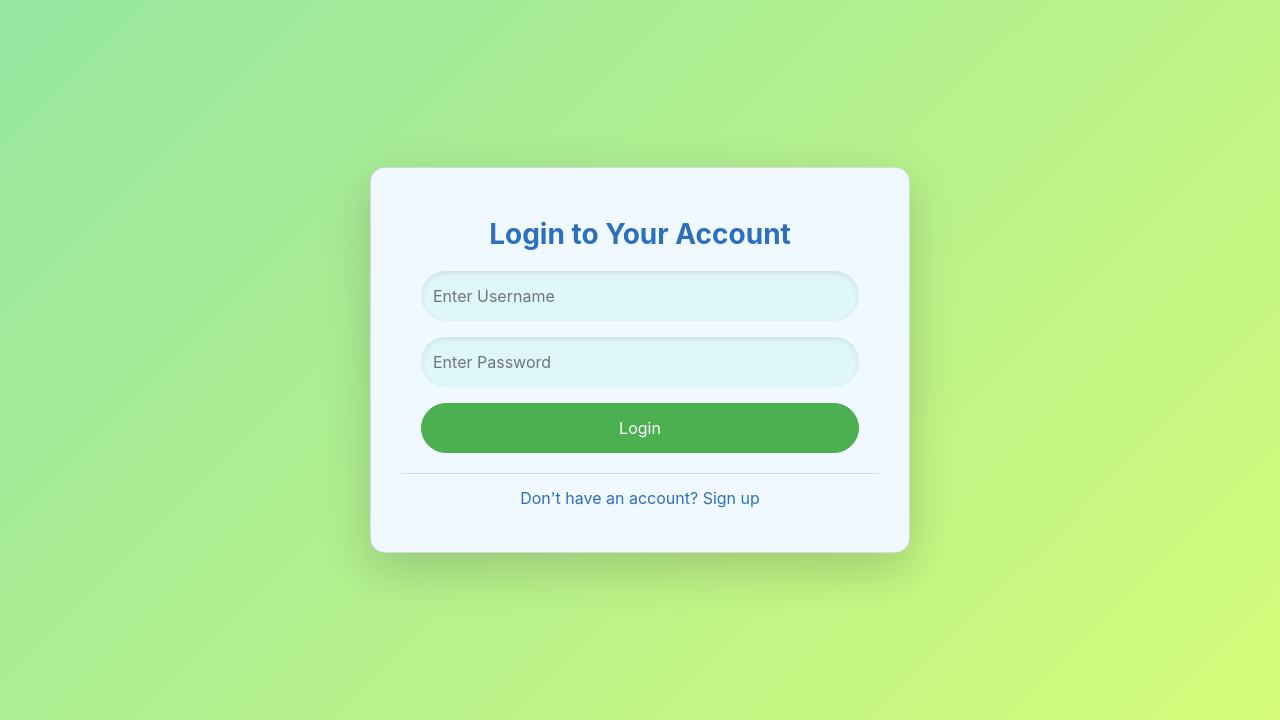
Repository: Dineshbabu290904/DigiMart
Page: http://localhost/DigiMart/login.jsp
The author's editor kept a copy of each file at every save. The page is drawn from the files as they stood at one save, then again after the next save.
The browser window is 1280 px wide. The pictures show the whole page.
Some web libraries are served in a nearby version. The page is served by Tomcat 9. Other server files are loaded and not shown.

Above is the page before, as saved 2024-10-16 15:09:53.

### DigiMart/src/main/webapp/login.jsp
<!DOCTYPE html>
<html lang="en">
<head>
    <meta charset="UTF-8">
    <meta name="viewport" content="width=device-width, initial-scale=1.0">
    <title>Login</title>
    <!-- Bootstrap CSS CDN -->
    <link href="https://stackpath.bootstrapcdn.com/bootstrap/4.5.2/css/bootstrap.min.css" rel="stylesheet">
    <!-- Custom CSS for light green and blue styling -->
    <style>
        body {
            background: linear-gradient(135deg, #96e6a1 0%, #d4fc79 100%); /* Light green gradient */
            display: flex;
            align-items: center;
            justify-content: center;
            min-height: 100vh;
        }
        .login-card {
            border-radius: 15px;
            background: #f0f9ff; /* Light blue background for form */
            padding: 30px;
            box-shadow: 0 12px 30px rgba(0, 0, 0, 0.15); /* Soft shadow */
            transition: transform 0.3s ease;
        }
        .login-card:hover {
            transform: translateY(-5px); /* Subtle hover lift */
        }
        .login-card h3 {
            font-weight: bold;
            margin-bottom: 20px;
            color: #2c6fbb; /* Cool blue for headings */
        }
        .login-card .form-control {
            border-radius: 25px; /* Rounded input fields */
            height: 50px;
            background-color: #e0f7fa; /* Light cyan background for inputs */
            border: none;
            box-shadow: inset 0 2px 5px rgba(0, 0, 0, 0.1);
        }
        .form-control:focus {
            background-color: #b2ebf2; /* Darker cyan on focus */
            border-color: #0097a7;
            outline: none;
            box-shadow: 0 0 10px rgba(0, 151, 167, 0.5); /* Blue glow on focus */
        }
        .btn-custom {
            border-radius: 25px;
            padding: 12px 25px;
            background-color: #4caf50; /* Light green button */
            border-color: #4caf50;
            color: white;
            transition: background-color 0.3s ease, transform 0.3s ease;
        }
        .btn-custom:hover {
            background-color: #388e3c; /* Darker green hover */
            transform: translateY(-3px);
        }
        .card-footer {
            background-color: transparent;
        }
        .card-footer a {
            color: #2c6fbb; /* Match heading color */
            text-decoration: none;
        }
        .card-footer a:hover {
            color: #0056b3;
            text-decoration: underline;
        }
    </style>
</head>
<body>

    <div class="container">
        <div class="row justify-content-center">
            <div class="col-md-6">
                <!-- Login Form Card -->
                <div class="login-card card shadow-lg">
                    <div class="card-body">
                        <h3 class="text-center">Login to Your Account</h3>
                        <form action="login" method="post">
                            <div class="form-group">
                                <input type="text" class="form-control" id="username" name="username" placeholder="Enter Username" required>
                            </div>
                            <div class="form-group">
                                <input type="password" class="form-control" id="password" name="password" placeholder="Enter Password" required>
                            </div>
                            <button type="submit" class="btn btn-custom btn-block">Login</button>
                        </form>
                    </div>
                    <div class="card-footer text-center">
                        <a href="signup.jsp">Don't have an account? Sign up</a>
                    </div>
                </div>
            </div>
        </div>
    </div>

    <!-- Bootstrap JS and dependencies -->
    <script src="https://code.jquery.com/jquery-3.5.1.slim.min.js"></script>
    <script src="https://cdn.jsdelivr.net/npm/@popperjs/core@2.5.3/dist/umd/popper.min.js"></script>
    <script src="https://stackpath.bootstrapcdn.com/bootstrap/4.5.2/js/bootstrap.min.js"></script>
</body>
</html>

After the next save:
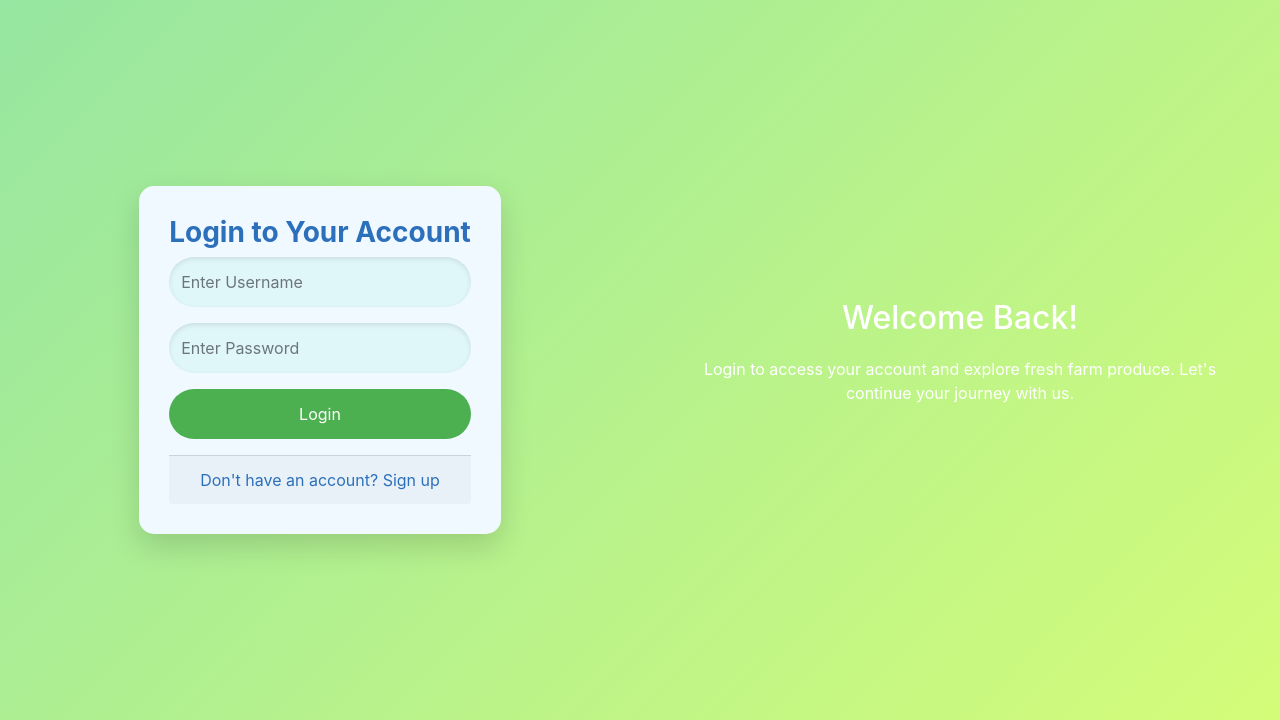
Saved 2 min 36 s later.
--- a/DigiMart/src/main/webapp/login.jsp
+++ b/DigiMart/src/main/webapp/login.jsp
@@ -6,10 +6,14 @@
     <title>Login</title>
     <!-- Bootstrap CSS CDN -->
     <link href="https://stackpath.bootstrapcdn.com/bootstrap/4.5.2/css/bootstrap.min.css" rel="stylesheet">
-    <!-- Custom CSS for light green and blue styling -->
+    <!-- Custom CSS -->
     <style>
         body {
             background: linear-gradient(135deg, #96e6a1 0%, #d4fc79 100%); /* Light green gradient */
+            display: flex;
+            min-height: 100vh;
+        }
+        .login-section {
             display: flex;
             align-items: center;
             justify-content: center;
@@ -17,7 +21,7 @@
         }
         .login-card {
             border-radius: 15px;
-            background: #f0f9ff; /* Light blue background for form */
+            background: #f0f9ff; /* Light blue background */
             padding: 30px;
             box-shadow: 0 12px 30px rgba(0, 0, 0, 0.15); /* Soft shadow */
             transition: transform 0.3s ease;
@@ -27,77 +31,71 @@
         }
         .login-card h3 {
             font-weight: bold;
-            margin-bottom: 20px;
             color: #2c6fbb; /* Cool blue for headings */
         }
         .login-card .form-control {
-            border-radius: 25px; /* Rounded input fields */
+            border-radius: 25px;
             height: 50px;
             background-color: #e0f7fa; /* Light cyan background for inputs */
             border: none;
             box-shadow: inset 0 2px 5px rgba(0, 0, 0, 0.1);
         }
-        .form-control:focus {
-            background-color: #b2ebf2; /* Darker cyan on focus */
-            border-color: #0097a7;
-            outline: none;
-            box-shadow: 0 0 10px rgba(0, 151, 167, 0.5); /* Blue glow on focus */
-        }
         .btn-custom {
             border-radius: 25px;
             padding: 12px 25px;
             background-color: #4caf50; /* Light green button */
-            border-color: #4caf50;
             color: white;
-            transition: background-color 0.3s ease, transform 0.3s ease;
-        }
-        .btn-custom:hover {
-            background-color: #388e3c; /* Darker green hover */
-            transform: translateY(-3px);
-        }
-        .card-footer {
-            background-color: transparent;
         }
         .card-footer a {
-            color: #2c6fbb; /* Match heading color */
-            text-decoration: none;
+            color: #2c6fbb;
         }
-        .card-footer a:hover {
-            color: #0056b3;
-            text-decoration: underline;
+        .description-section {
+            text-align: center;
+            color: white;
+            padding: 40px;
+        }
+        .description-section h2 {
+            font-size: 2rem;
+            margin-bottom: 20px;
         }
     </style>
 </head>
 <body>
 
-    <div class="container">
-        <div class="row justify-content-center">
-            <div class="col-md-6">
-                <!-- Login Form Card -->
-                <div class="login-card card shadow-lg">
-                    <div class="card-body">
-                        <h3 class="text-center">Login to Your Account</h3>
-                        <form action="login" method="post">
-                            <div class="form-group">
-                                <input type="text" class="form-control" id="username" name="username" placeholder="Enter Username" required>
-                            </div>
-                            <div class="form-group">
-                                <input type="password" class="form-control" id="password" name="password" placeholder="Enter Password" required>
-                            </div>
-                            <button type="submit" class="btn btn-custom btn-block">Login</button>
-                        </form>
+<div class="container-fluid">
+    <div class="row login-section">
+        <!-- Left Side: Login Form -->
+        <div class="col-md-6 d-flex align-items-center justify-content-center">
+            <div class="login-card">
+                <h3 class="text-center">Login to Your Account</h3>
+                <form action="login" method="post">
+                    <div class="form-group">
+                        <input type="text" class="form-control" id="username" name="username" placeholder="Enter Username" required>
                     </div>
-                    <div class="card-footer text-center">
-                        <a href="signup.jsp">Don't have an account? Sign up</a>
+                    <div class="form-group">
+                        <input type="password" class="form-control" id="password" name="password" placeholder="Enter Password" required>
                     </div>
+                    <button type="submit" class="btn btn-custom btn-block">Login</button>
+                </form>
+                <div class="card-footer text-center mt-3">
+                    <a href="signup.jsp">Don't have an account? Sign up</a>
                 </div>
             </div>
         </div>
+
+        <!-- Right Side: Description -->
+        <div class="col-md-6 d-none d-md-flex align-items-center justify-content-center description-section">
+            <div>
+                <h2>Welcome Back!</h2>
+                <p>Login to access your account and explore fresh farm produce. Let's continue your journey with us.</p>
+            </div>
+        </div>
     </div>
+</div>
 
-    <!-- Bootstrap JS and dependencies -->
-    <script src="https://code.jquery.com/jquery-3.5.1.slim.min.js"></script>
-    <script src="https://cdn.jsdelivr.net/npm/@popperjs/core@2.5.3/dist/umd/popper.min.js"></script>
-    <script src="https://stackpath.bootstrapcdn.com/bootstrap/4.5.2/js/bootstrap.min.js"></script>
+<!-- Bootstrap JS and dependencies -->
+<script src="https://code.jquery.com/jquery-3.5.1.slim.min.js"></script>
+<script src="https://cdn.jsdelivr.net/npm/@popperjs/core@2.5.3/dist/umd/popper.min.js"></script>
+<script src="https://stackpath.bootstrapcdn.com/bootstrap/4.5.2/js/bootstrap.min.js"></script>
 </body>
 </html>
